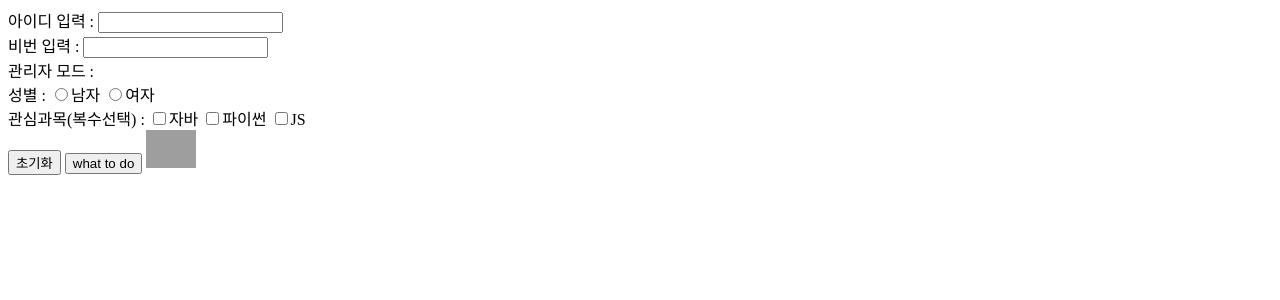
Repository: Kray273/JSLab
Page: html/src/main/webapp/Day96/formtag2.html
The author's editor kept a copy of each file at every save. The page is drawn from the files as they stood at one save, then again after the next save.
The browser window is 1280 px wide. The pictures show the whole page.
Pictures or frames that could not be fetched are drawn as grey boxes.

Above is the page before, as saved 2022-11-24 07:03:41.

After the next save:
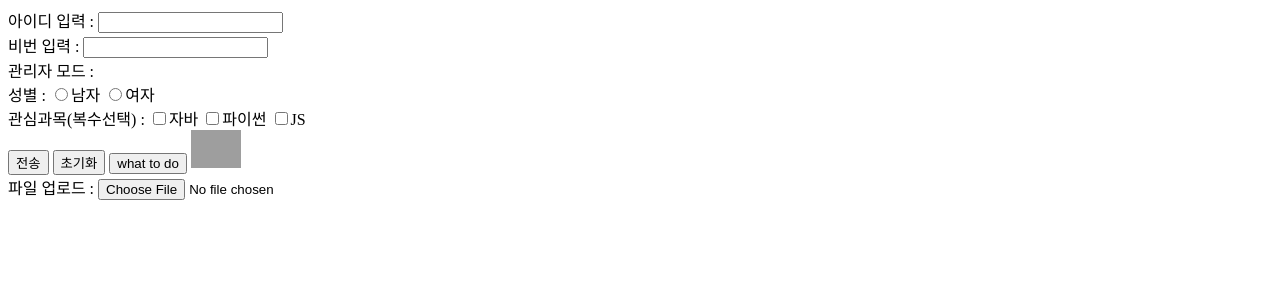
Saved 4 min 39 s later.
--- a/html/src/main/webapp/Day96/formtag2.html
+++ b/html/src/main/webapp/Day96/formtag2.html
@@ -8,7 +8,7 @@
 
  <!-- type= text/password/hidden 사용자의 입력값을 넘김 -->
  <!-- type= button(js - 기본 기능X) -->
- <!-- type= submit(기능 내장 form action으로 파일이동), reset(초기화)-->
+ <!-- type= submit/image(기능 내장 form action으로 파일이동), reset(초기화)-->
  <!-- type= radio(선택을 유도, 단일 선택), checkbox(복수 선택) -->
 
 
@@ -32,11 +32,14 @@
  <input type="checkbox" value="js" name="like">JS
  <br>
 
-<!--  <input type="submit" value="전송"> -->
+ <input type="submit" value="전송">
  <!-- 전송 시 url -> http://localhost:8080/html/a.jsp?jsp=admin -->
  <input type="reset" value="초기화">
  <input type="button" value="what to do">
  <input type="image" src="../img/html5.jpg" width="50">
+ <br>
+
+ 파일 업로드 : <input type="file" name="myfile">
 </form>
 
 
